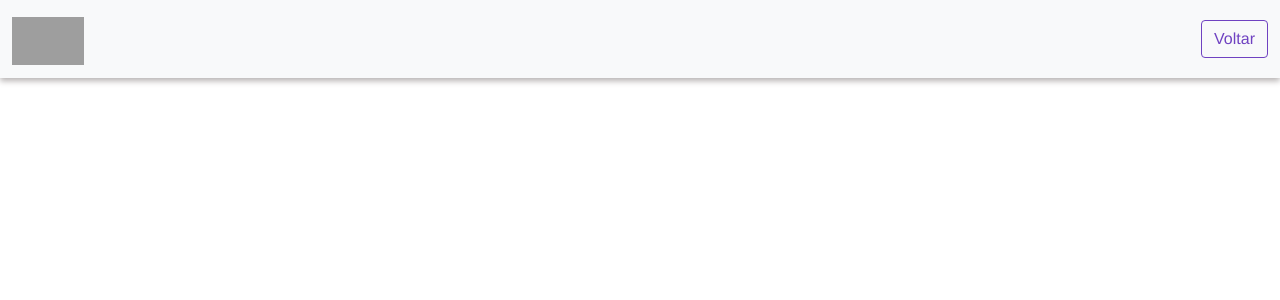
Repository: LuismGil/Countries-list
Page: /about
These files come from the project's save history. The page is drawn as it stood at one moment and after the next save; the edit follows.
The browser window is 1280 px wide. The pictures show the whole page.
Pictures or frames that could not be fetched are drawn as grey boxes. The project was rebuilt for these pictures with package versions that can differ from the ones it lists, and the page was loaded fresh each time.

Above is the page before, as saved 2021-05-22 19:02:23.

### public/index.html
<!DOCTYPE html>
<html lang="">
  <head>
    <meta charset="utf-8">
    <meta http-equiv="X-UA-Compatible" content="IE=edge">
    <meta name="viewport" content="width=device-width,initial-scale=1.0">
    <link rel="icon" href="<%= BASE_URL %>favicon.ico">
    <link href="https://cdn.jsdelivr.net/npm/bootstrap@5.0.1/dist/css/bootstrap.min.css" rel="stylesheet" integrity="sha384-+0n0xVW2eSR5OomGNYDnhzAbDsOXxcvSN1TPprVMTNDbiYZCxYbOOl7+AMvyTG2x" crossorigin="anonymous">
    <title><%= htmlWebpackPlugin.options.title %></title>
  </head>
  <body>
    <noscript>
      <strong>We're sorry but <%= htmlWebpackPlugin.options.title %> doesn't work properly without JavaScript enabled. Please enable it to continue.</strong>
    </noscript>
    <div id="app"></div>
    <!-- built files will be auto injected -->
  </body>
</html>

### src/App.vue
<template>
  <div id="app">
    <mv-header />

  </div>
</template>

<script>
import MvHeader from './components/MvHeader.vue';

export default {
  name: 'App',
  components: {
    MvHeader,
  },
};
</script>

<style>
#app {
  color: #2c3e50;
  font-family: Avenir, Helvetica, Arial, sans-serif;
  -webkit-font-smoothing: antialiased;
  -moz-osx-font-smoothing: grayscale;
  text-align: center;
}
</style>

### src/components/MvHeader.vue
<template>
<div>
  <nav class="navbar navbar-light bg-light navbar-shadow">
  <div class="container-fluid">
    <a class="navbar-brand" href="#">
      <img src="https://mova.vc/img/footer_mova.svg" alt="Mova Logo" width="72" height="48" class="d-inline-block align-text-top">
    </a>
    <mv-button></mv-button>
  </div>
  </nav>
</div>
</template>

<script>
import MvButton from './MvButton.vue';

export default {
  name: 'MvHeader',
  components: {
    MvButton,
  },

};
</script>

<style>
.navbar-shadow {
  box-shadow: 0px 3px 6px 0px #b6b2b2;
}
</style>

### src/components/MvButton.vue
<template>
  <div>
    <button type="button" class="btn btn-outline btn-color">Voltar</button>
  </div>
</template>

<script>
export default {

};
</script>

<style>
.btn-color {
  border-color: var(--bs-purple);
  color: var(--bs-purple);
}

.btn-color:hover {
  color:var(--bs-purple);
}
</style>

Loaded but not shown: src/main.js (common file)

After the next save:
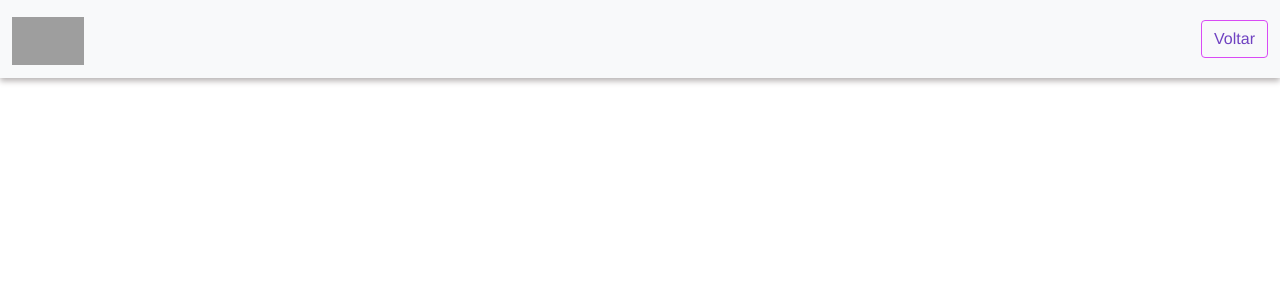
Saved 46 s later.
--- a/src/components/MvButton.vue
+++ b/src/components/MvButton.vue
@@ -12,7 +12,7 @@ export default {
 
 <style>
 .btn-color {
-  border-color: var(--bs-purple);
+  border-color: rgb(217, 75, 245);
   color: var(--bs-purple);
 }
 
